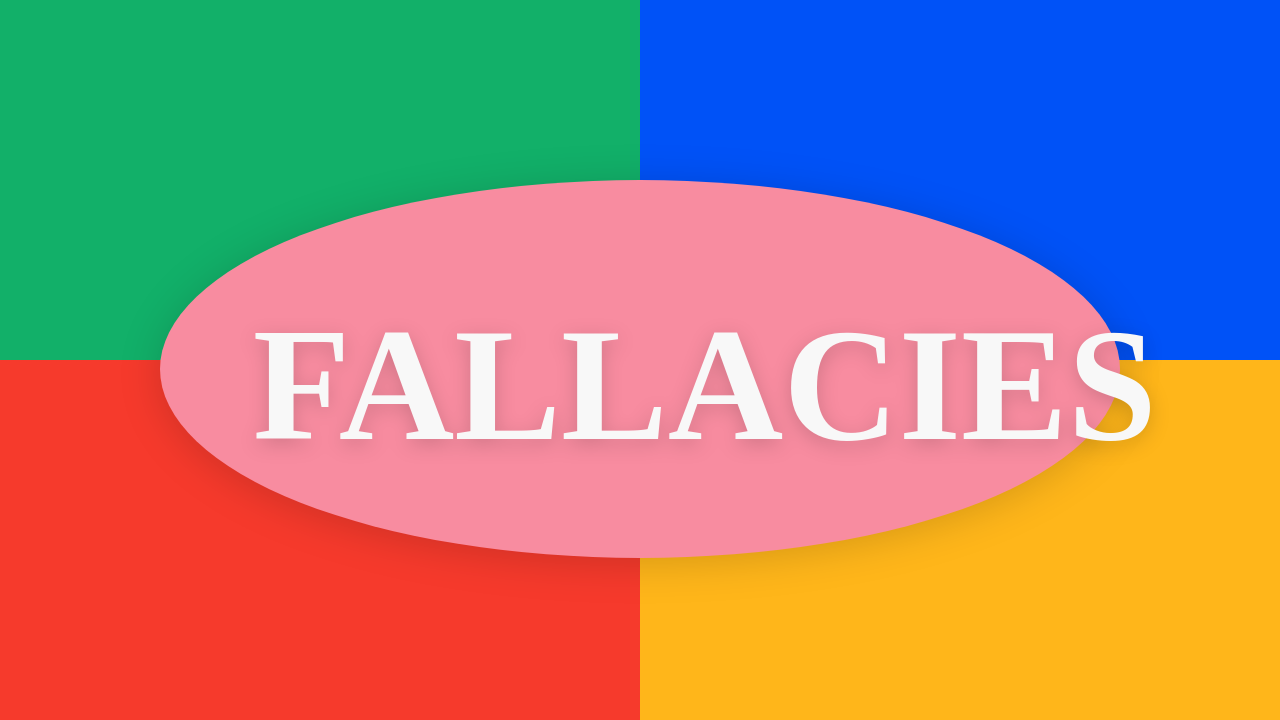
Repository: yafugray/fallacies
Page: project/Midterm project/index.html
These files come from the project's save history. The page is drawn as it stood at one moment and after a run of saves; the edit follows.
The browser window is 1280 px wide. The pictures show the whole page.

Above is the page before, as saved 2020-03-12 15:31:36.

### project/Midterm project/index.html
<!DOCTYPE html>
<html lang="en">
<head>
    <meta charset="UTF-8">
    <meta name="viewport" content="width=device-width, initial-scale=1.0">
    <title>Fallacies</title>
    <link href="app.css" rel="stylesheet">
</head>
<body>
    <div id="Mainpage">
        <div id="rec1"></div>
        <div id="rec2"></div>
        <div id="rec3"></div>
        <div id="rec4"></div>
        <div id="group1">
            <svg class="ellipse">
                <ellipse fill="rgba(248,140,160,1)" id="Ellipse_8" rx="75%" ry="75%" cx="50%" cy="75%">
                </ellipse>
            </svg>
            <div id="fallacies">
                <span>FALLACIES</span>
            </div>
        </div>
    </div>
</body>
</html>

### project/Midterm project/app.css
* {
    margin: 0;
    padding: 0;
    box-sizing: border-box;
    border: none;
}

#Mainpage {
    position: absolute;
    width: 100vw;
    height: 100vh;
    background-color: azure;
    overflow: hidden;
}
@keyframes fadein {

    0% {
        opacity: 0;
    }
    100% {
        opacity: 1;
    }

}

#rec1 {
	position: absolute;
	overflow: visible;
	width: 50vw;
	height: 50vh;
	left: 0px;
    top: 0px;
    background-color: rgba(18,176,105,1);
}
#rec4 {
	position: absolute;
	overflow: visible;
	width: 50vw;
	height: 50vh;
	left: 0px;
    bottom: 0px;
    background-color: rgba(246,58,44,1);
}
#rec2 {
	position: absolute;
	overflow: visible;
	width: 50vw;
	height: 50vh;
	right: 0px;
    top: 0px;
    background-color: rgba(0,82,247,1);
}
#rec3 {
	position: absolute;
	overflow: visible;
	width: 50vw;
	height: 50vh;
	right: 0px;
    bottom: 0px;
    background-color: rgba(255,182,26,1);
}

#group1 {
    position: absolute;
	width: 70vw;
	height: 35vh;
    left: 25%;
    right: 25%;
    top: 25%;
    bottom: 25%;
	overflow: visible;
	--web-animation: fadein 0.3s ease-out;
	--web-action-type: page;
	--web-action-target: custom___2.html;
	cursor: pointer;
}

.ellipse {
    filter: drop-shadow(0px 5px 20px rgba(0, 0, 0, 0.161));
	position: absolute;
	overflow: visible;
	width: 50vw;
	height: 35vh;
    left: 0px;
    right:0px;
    top: 0px;
    bottom: 0px;
}

#fallacies {
    filter: drop-shadow(0px 5px 10px rgba(0, 0, 0, 0.161));
    position: relative;
    align-items: center;
    justify-content: center;
    top: 45%;
    bottom: 45%;
    right: 7.5%;
    /* left: 25%; */
    /* width: 15vh; */
    overflow: visible;
    white-space: nowrap;
    text-align: center;
    font-family: TitlingGothicFB Narrow;
    font-style: normal;
    font-weight: bold;
    font-size: 10em;
    color: rgba(248,248,248,1);
}

After the next 5 saves:
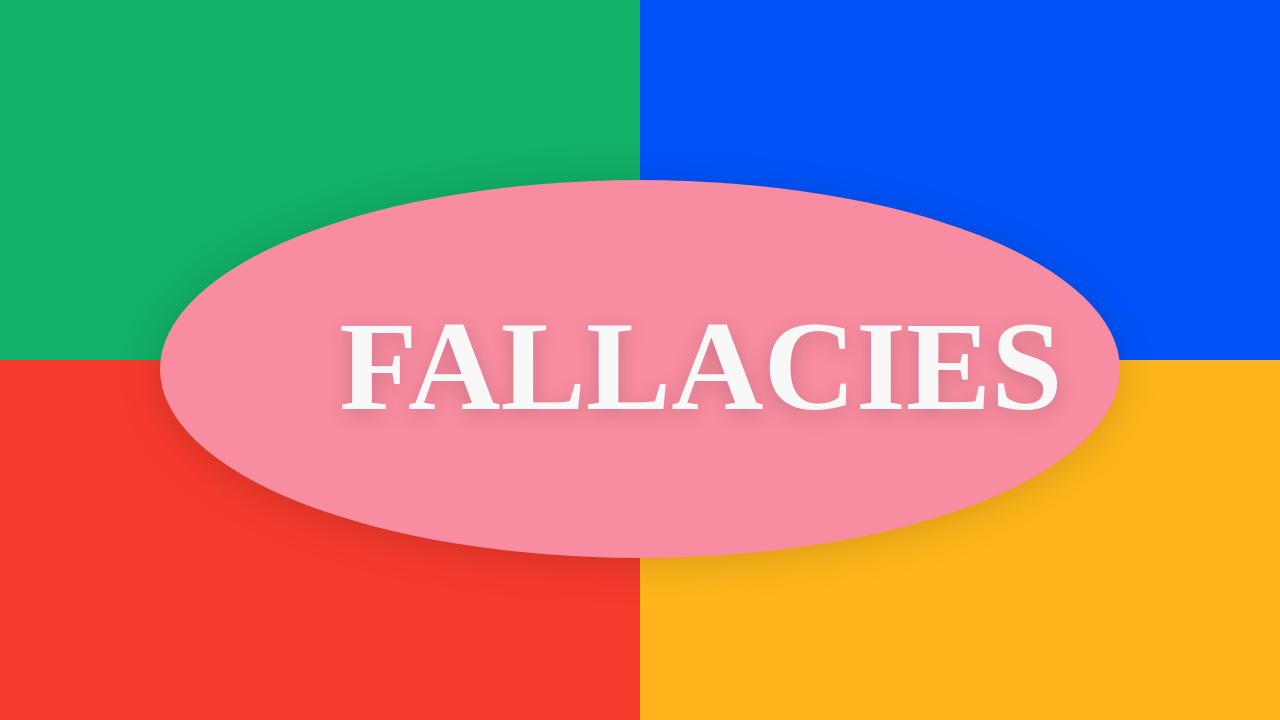
The 5 saves are shown as one change because they came seconds apart.
The last was saved 22 s later.
--- a/project/Midterm project/app.css
+++ b/project/Midterm project/app.css
@@ -98,11 +98,11 @@
     /* left: 25%; */
     /* width: 15vh; */
     overflow: visible;
-    white-space: nowrap;
+    /* white-space: nowrap; */
     text-align: center;
     font-family: TitlingGothicFB Narrow;
     font-style: normal;
     font-weight: bold;
-    font-size: 10em;
+    font-size: 8em;
     color: rgba(248,248,248,1);
 }

After the save that followed:
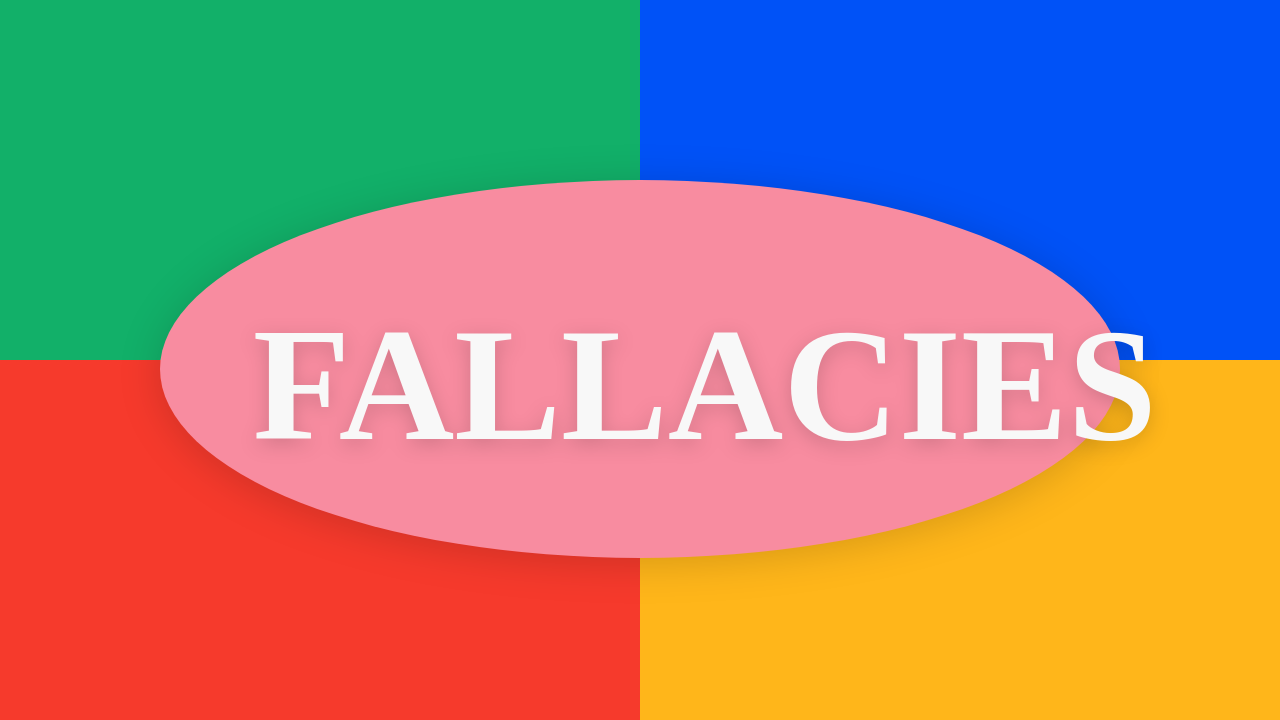
Saved 15 s later.
--- a/project/Midterm project/app.css
+++ b/project/Midterm project/app.css
@@ -103,6 +103,6 @@
     font-family: TitlingGothicFB Narrow;
     font-style: normal;
     font-weight: bold;
-    font-size: 8em;
+    font-size: 10em;
     color: rgba(248,248,248,1);
 }
